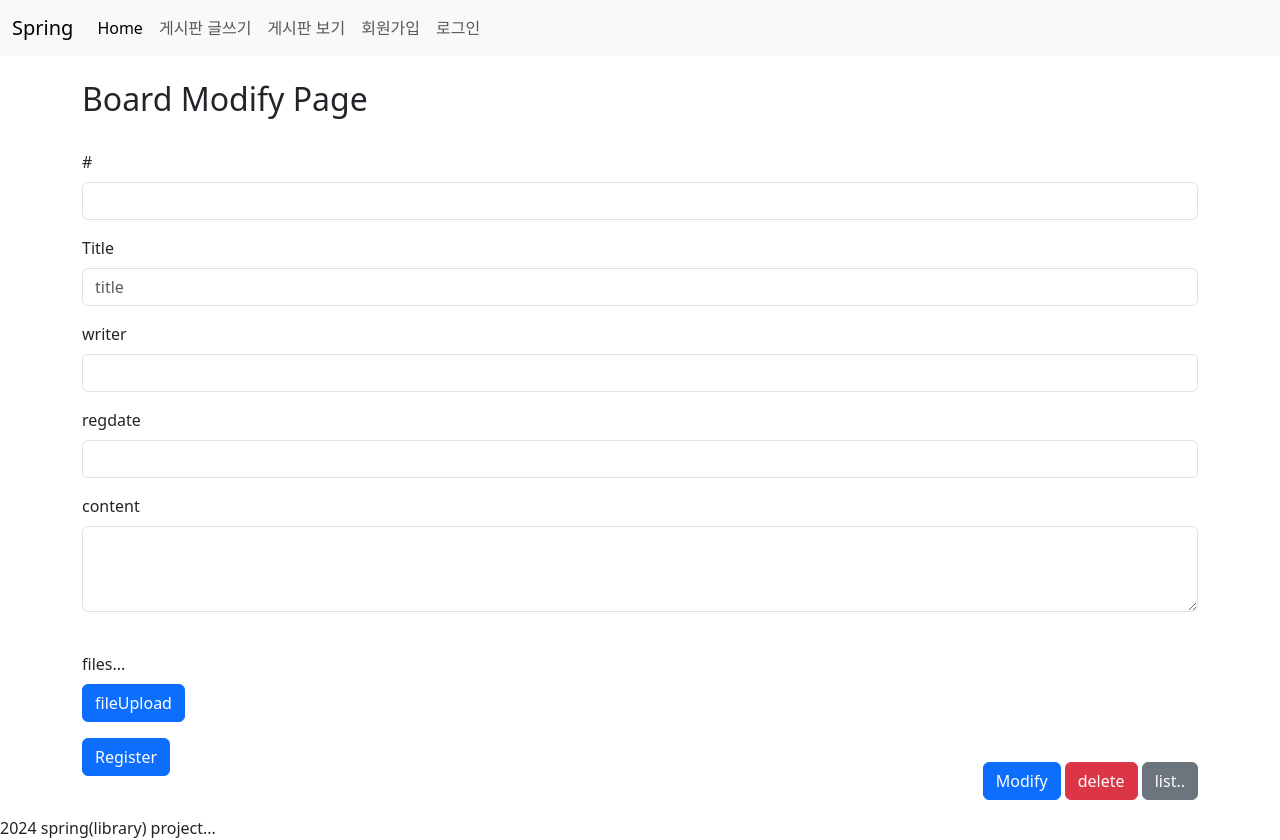
Repository: budflower44/Spring
Page: http://localhost/spring_test2/WEB-INF/views/board/modify.jsp
The author's editor kept a copy of each file at every save. The page is drawn from the files as they stood at one save, then again after the next save.
The browser window is 1280 px wide. The pictures show the whole page.
The page is served by Tomcat 9. Nobody is signed in. Other server files are loaded and not shown. The template is opened directly, without the code that normally fills it, so the values that code supplies are empty.

Above is the page before, as saved 2024-01-12 01:35:14.
Console error: TypeError: Cannot read properties of null (reading 'addEventListener')

### spring_test2/src/main/webapp/WEB-INF/views/board/modify.jsp
<%@ page language="java" contentType="text/html; charset=UTF-8"
	    pageEncoding="UTF-8"%>
	<%@ taglib uri="http://java.sun.com/jsp/jstl/core" prefix="c"%>
<jsp:include page="../layout/header.jsp"></jsp:include>

<div class="container-md">
	<br>
	<h2>Board Modify Page</h2>
	<br>
	<!-- 게시글 상세정보란 시작 -->
	<c:set value="${bdto.bvo }" var="bvo" />

	<form action="/board/modify" method="post" enctype="multipart/form-data">
		<div class="mb-3">
			<label for="bno" class="form-label">#</label> <input
				type="text" name="bno" class="form-control" id="bno" value="${bvo.bno }" readonly="readonly">
		</div>
		<div class="mb-3">
			<label for="title" class="form-label">Title</label> <input
				type="text" name="title" class="form-control" id="title"
				placeholder="title" value="${bvo.title }">
		</div>
		<div class="mb-3">
			<label for="writer" class="form-label">writer</label> <input
				type="text" name="writer" class="form-control" id="writer"
				value="${bvo.writer }" readonly="readonly">
		</div>
		<div class="mb-3">
			<label for="regAt" class="form-label">regdate</label> <input
				type="text" name="regAt" class="form-control" id="regAt"
				value="${bvo.regAt }" readonly="readonly">
		</div>
		<div class="mb-3">
			<label for="content" class="form-label">content</label>
			<textarea class="form-control" name="content" id="content" rows="3">${bvo.content }</textarea>
		</div>

	<!-- file Line -->
	<c:set value="${bdto.flist }" var="flist" />
	<div class="mb-3">
		<label for="file" class="form-label"></label>
			<ul class="list-group list-group-flush">
				<c:forEach items="${flist }" var="fvo">
	  				<li class="list-group-item">
	  					<c:choose>
	  						<c:when test="${fvo.fileType == 1 }">
	  							<div>
	  								<img alt="" src="/upload/${fvo.saveDir }/${fvo.uuid}_th_${fvo.fileName}">
	  							</div>
	  						</c:when>
	  						<c:otherwise>
	  							<div>
	  								<!-- 일반 파일 표시할 아이콘 -->
	  								<i class="bi bi-file-earmark-check"></i>
	  							</div>
	  						</c:otherwise>
	  					</c:choose>
	  					<div class="mb-3">
	  						<div class="fw-bold">${fvo.fileName }</div>
	  						<span class="badge rounded-pill text-bg-secondary">${fvo.fileSize }Byte</span>
	  						<button type="button" data-uuid=${fvo.uuid } class="btn btn-sm btn-outline-danger flie-x">X</button>
	  					</div>
	  				</li>
				</c:forEach>
  			</ul>
  		</div>
		<!-- file 입력 라인 추가 -->
 		<div class="mb-3">
			<label for="file" class="form-label">files...</label>
			<br>
			<input type="file" name="files" class="form-control" id="files" multiple="multiple" style="display : none">
			<!-- 파일 버튼 트리거 사용하기 위해서 주는 버튼 -->
			<button type="button" class="btn btn-primary" id="trigger">fileUpload</button>
		</div>
		<!-- 파일 목록 표시라인 -->
		<div class="mb-3" id="fileZone">
		</div>

		<button type="submit" class="btn btn-primary" id="regBtn" >Register</button>

			<!-- 파일 표시 라인 -->
<%-- 	<c:set value="${boardDTO.flist }" var="flist" />
	<div class="mb-3">
		<ul class="list-group list-group-flush">
		<!-- 파일 개수만큼 li를 추가하여 파일을 표시, 타입이 1인 경우만 표시 -->
		<!--
			li -> div => img 그림표시
				  div => 파일이름, 작성일, span size
		 -->
		 <!-- 파일 리스트 중 하나만 가져와서 fvo로 저장 -->
		 <c:forEach items="${flist }" var="fvo">
		 <div>
			<li class="list-group-item">
				<c:choose>
					<c:when test="${fvo.file_type > 0 }">
						<div>
						<!-- /upload/ -> servlet-context에 매핑 설정되어 있어서 사용함 -->
						<!-- /upload/save_dir/uuid_file_name -->
						<!-- 썸네일 버전 : src="/upload/${fn:replace(fvo.save_dir, '\\', '/') }/${fvo.uuid}_th_${fvo.file_name}" -->
							<img alt="" src="/upload/${fn:replace(fvo.save_dir, '\\', '/') }/${fvo.uuid}_${fvo.file_name}">
						</div>
					</c:when>
					<c:otherwise>
						<div>
							<!-- 아이콘 같은 모양 하나 가져와서 넣기 -->
						</div>
					</c:otherwise>
				</c:choose>
				<div>
				<!-- div => 파일이름, 작성일, span size -->
					<div>${fvo.file_name }</div>
					<div>${fvo.reg_date }</div>
					<span class="badge text-bg-warning">${fvo.file_size }byte</span>
					<button type="button" data-uuid="${fvo.uuid }" class="file-x">X</button>
				</div>
			</li>
			</div>
		</c:forEach>
		</ul>
		<br>
		<!-- 수정 파일 등록 라인 -->
		<div class="mb-3">
			<label for="file" class="form-label">New files...</label>
			<br>
			<input type="file" name="files" class="form-control" id="file" multiple="multiple" style="display : none">
			<button type="button" class="btn btn-primary" id="trigger">fileUpload</button>
		</div>
		<!-- 파일 목록 표시라인 -->
		<div class="mb-3" id="fileZone">

		</div>
		--%>
		<br><br>
		<div class="position-relative">
		<div class="position-absolute bottom-0 end-0">
			<button type="submit" class="btn btn-primary" id="regBtn">Modify</button>
			<a href="/board/remove?bno=${bvo.bno }"><button type="button" class="btn btn-danger">delete</button></a>
			<a href="/board/list"><button type="button" class="btn btn-secondary">list..</button></a>
		</div>
		</div>
	</form>
</div>


<script src="/resources/js/boardModify.js"></script>
<script src="/resources/js/boardRegister.js"></script>
<!-- <script>
	const bnoVal = `<c:out value="${bvo.bno}"/>`;
</script>

<script src="/resources/js/boardRegister.js"></script>
<script src="/resources/js/boardModify.js"></script> -->

<jsp:include page="../layout/footer.jsp"></jsp:include>

### spring_test2/src/main/webapp/WEB-INF/views/layout/header.jsp
<%@ page language="java" contentType="text/html; charset=UTF-8"
	    pageEncoding="UTF-8"%>
	<%@ taglib uri="http://java.sun.com/jsp/jstl/core" prefix="c"%>
	<link href="https://cdn.jsdelivr.net/npm/bootstrap@5.3.1/dist/css/bootstrap.min.css" rel="stylesheet" integrity="sha384-4bw+/aepP/YC94hEpVNVgiZdgIC5+VKNBQNGCHeKRQN+PtmoHDEXuppvnDJzQIu9" crossorigin="anonymous">
	<script src="https://cdn.jsdelivr.net/npm/bootstrap@5.3.1/dist/js/bootstrap.bundle.min.js" integrity="sha384-HwwvtgBNo3bZJJLYd8oVXjrBZt8cqVSpeBNS5n7C8IVInixGAoxmnlMuBnhbgrkm" crossorigin="anonymous"></script>
	<link rel="stylesheet" href="https://cdn.jsdelivr.net/npm/bootstrap-icons@1.10.5/font/bootstrap-icons.css">
	<!DOCTYPE html>
	<html>
	<head>
	<meta charset="UTF-8">
	<title>Insert title here</title>
	</head>
	<body>

	<nav class="navbar navbar-expand-lg bg-body-tertiary">
	  <div class="container-fluid">
	    <a class="navbar-brand" href="/member/index">Spring</a>
	    <button class="navbar-toggler" type="button" data-bs-toggle="collapse" data-bs-target="#navbarSupportedContent" aria-controls="navbarSupportedContent" aria-expanded="false" aria-label="Toggle navigation">
	      <span class="navbar-toggler-icon"></span>
	    </button>
	    <div class="collapse navbar-collapse" id="navbarSupportedContent">
	      <ul class="navbar-nav me-auto mb-2 mb-lg-0">
	        <li class="nav-item">
	          <a class="nav-link active" aria-current="page" href="/member/index">Home</a>
	        </li>
	        <li class="nav-item">
	          <a class="nav-link" href="/board/register">게시판 글쓰기</a>
	        </li>
	        <li class="nav-item">
	          <a class="nav-link" href="/board/list">게시판 보기</a>
	        </li>
	        <li class="nav-item">
	          <a class="nav-link" href="/member/register">회원가입</a>
	        </li>
	        <c:if test="${ses.id eq null }">
	        <li class="nav-item">
	          <a class="nav-link" href="/member/login">로그인</a>
	        </li>
	        </c:if>
	        <c:if test="${ses.id ne null }">
	        <li class="nav-item">
	          <a class="nav-link" href="/member/logout">로그아웃</a>
	        </li>
	        </c:if>
	        <c:if test="${ses.id ne null }">
	        <li class="nav-item">
	          <a class="nav-link" href="/member/modify">${ses.id }( ${ses.email } ) welcom!!</a>
	        </li>
	        </c:if>
	      </ul>
	    </div>
	  </div>
	</nav>

### spring_test2/src/main/webapp/WEB-INF/views/layout/footer.jsp
<div>
2024 spring(library) project...
</div>

</body>
</html>

### spring_test2/src/main/webapp/resources/js/boardModify.js
console.log("modify in");

document.addEventListener('click', (e)=>{
    if(e.target.classList.contains('flie-x')){
        let uuid = e.target.dataset.uuid;
        console.log(uuid);
        removeFileToServer(uuid).then(result =>{
            if(result === "1"){
                alert("파일 삭제 성공");
                e.target.closest('li').remove();
            }
        })
    }
})

async function removeFileToServer(uuid){
    try {
        const url = "/board/file/"+uuid;
        const config = {
            method:"delete"
        }
        const resp = await fetch(url, config);
        const result = await resp.text();
        return result;
    } catch (error) {
        console.log(error);
    }
}

document.getElementById('logoutLink').addEventListener('click', (e)=>{
    //원래 기능 실행하지 마
    e.preventDefault();
    document.getElementById('logoutForm').submit();
})

### spring_test2/src/main/webapp/resources/js/boardRegister.js
console.log('boardRegister in');

//트리거 버튼 처리
document.getElementById('trigger').addEventListener('click', ()=>{
    document.getElementById('files').click();
})

//실행파일, 이미지파일, 파일 최대 사이즈 정규표현식 작성
const regExp = new RegExp("\.(exe|sh|bat|dll|jar|msi)$");
const maxSize = 1024*1024*20; //파일 최대 크기

function fileValidation(fileName, fileSize){
    if(regExp.test(fileName)){
        return 0;
    }else if(fileSize > maxSize){
        return 0;
    }else{
        return 1;
    }
}

document.addEventListener('change', (e)=>{
    console.log(e.target);
    if(e.target.id=='files'){ // 파일에 변화가 생겼다면...
        // input file element에 저장되어 있는 file의 정보를 가져오는 property
        const fileObj = document.getElementById('files').files;
        console.log(fileObj);

        //한번 disabled되면 혼자 풀어질 수 없음. 버튼을 원래 상태로 복구
        document.getElementById('regBtn').disabled = false;

        //첨부파일에 대한 정보를 fileZone에 기록
        let div = document.getElementById('fileZone');
        div.innerHTML='';
        //ul > li로 값을 추가
        //<ul class="list-group list-group-flush">
        //<li class="list-group-item">An item</li>

        // 여러 파일에 대한 검증을 모두 통과하기 위해서
        // * 로 각 파일마다 통과 여부를 확인
        let isOk = 1;
        let ul = `<ul class="list-group list-group-flush">`;
            for(let file of fileObj){
                let vaildResult = fileValidation(file.name, file.size);
                isOk *= vaildResult;
                ul += `<li class="list-group-item">`;
                ul += `<div class="mb-3">`;
                ul += `${vaildResult ? '<div class="fw-bold"> 업로드 가능 </div>' : '<div class="fw-bold text-danger"> 업로드 불가능 </div>'}`;
                ul += `${file.name}</div>`;
                ul += `<span class="badge rounded-pill text-bg-${vaildResult ? 'success' : 'danger'}">${file.size}Byte</span>`;
                ul+= `</li>`;
            }
        ul += `</ul>`;
        div.innerHTML = ul;

        if(isOk == 0){
            //하나의 파일이라도 검증에 통과하지 못한다면 버튼 비활성화.
            document.getElementById('regBtn').disabled = true;
        }
    }
})

After the next save:
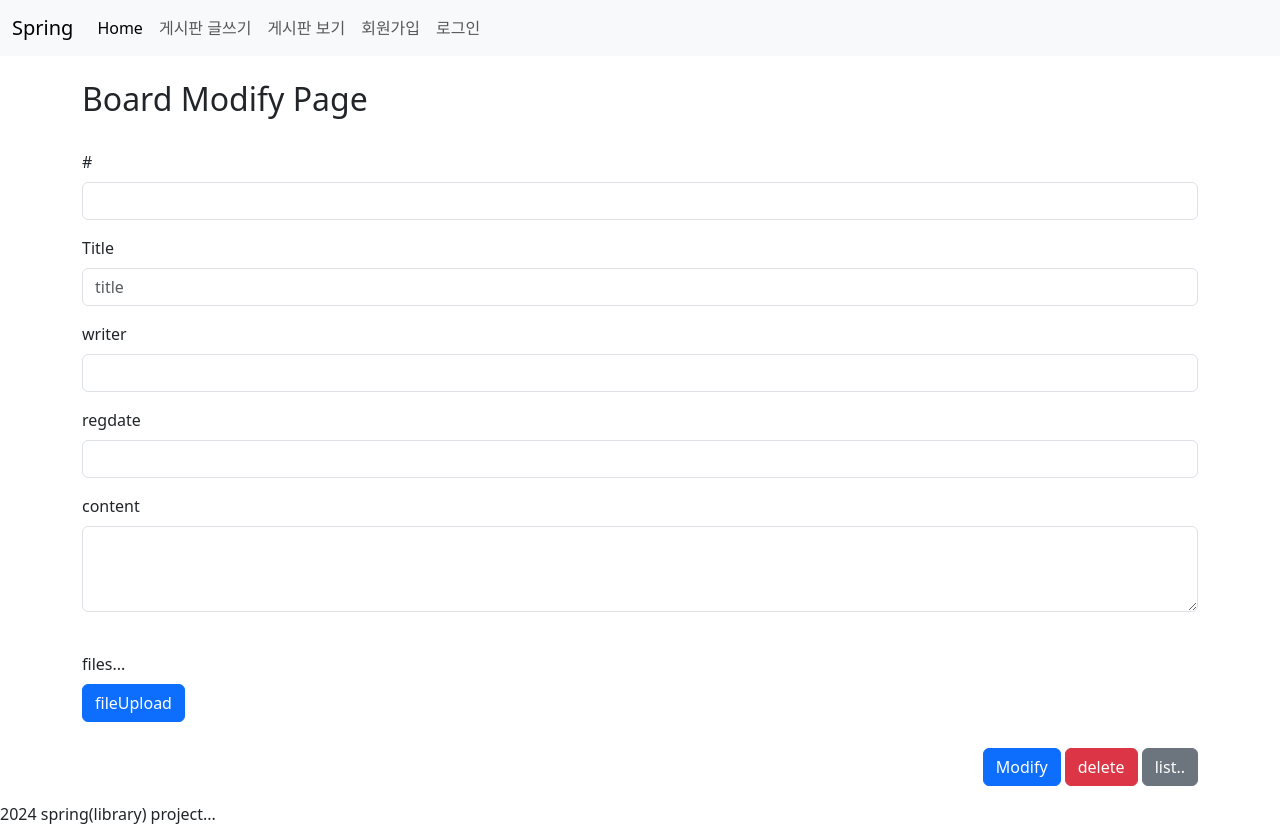
Saved 2 min 13 s later.
--- a/spring_test2/src/main/webapp/WEB-INF/views/board/modify.jsp
+++ b/spring_test2/src/main/webapp/WEB-INF/views/board/modify.jsp
@@ -76,8 +76,6 @@
 		<div class="mb-3" id="fileZone">
 		</div>
 
-		<button type="submit" class="btn btn-primary" id="regBtn" >Register</button>
-
 			<!-- 파일 표시 라인 -->
 <%-- 	<c:set value="${boardDTO.flist }" var="flist" />
 	<div class="mb-3">
